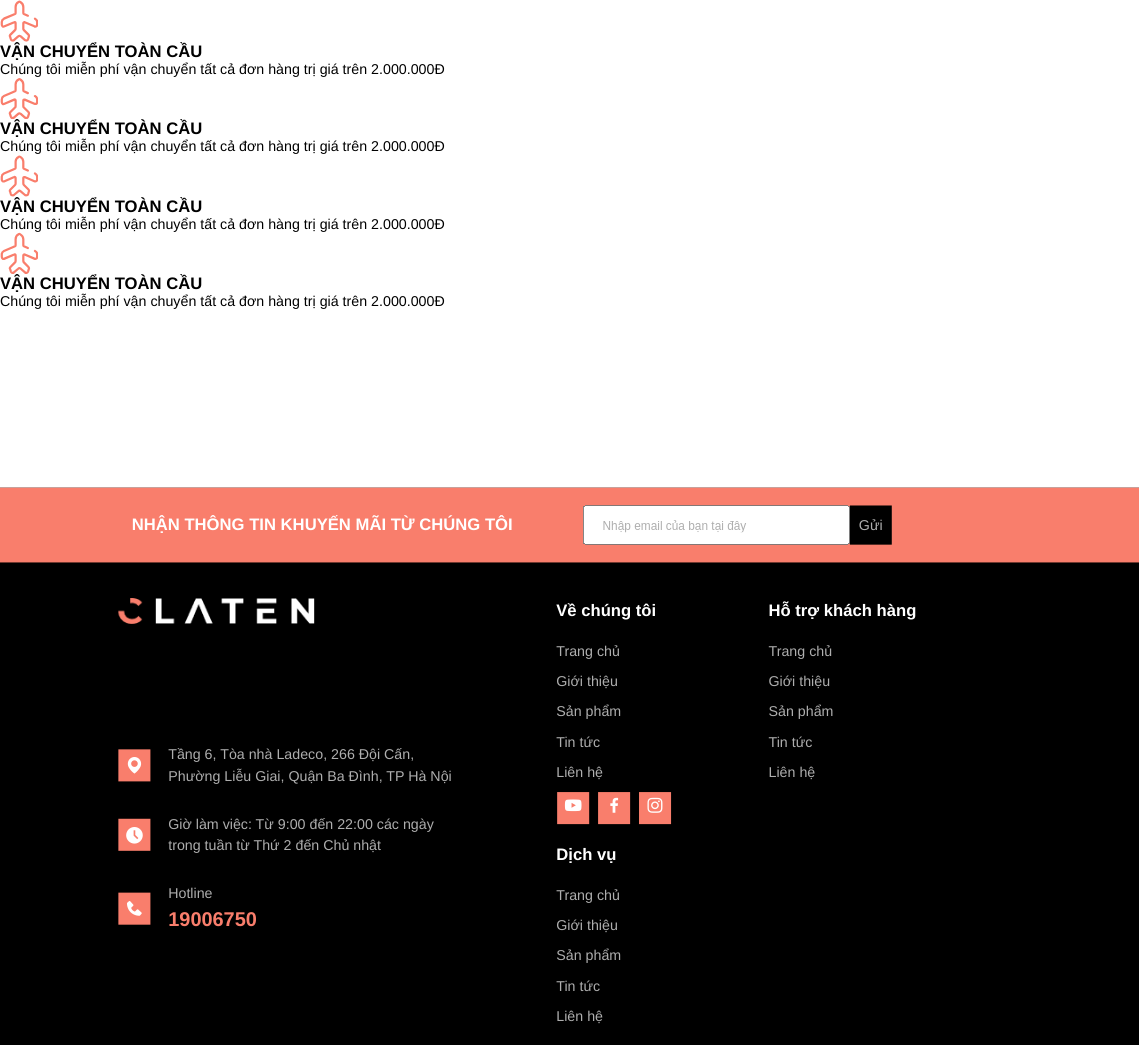
Repository: RennoPMXK/doan
Page: index.html
The author's editor kept a copy of each file at every save. The page is drawn from the files as they stood at one save, then again after the next save.
The browser window is 1280 px wide. The pictures show the part of the page from y = 573 to 1753 px (the page is 1747 px tall before and 1753 px after), at 89% of full size.

Above is the page before, as saved 2021-11-16 19:49:10.

After the next save:
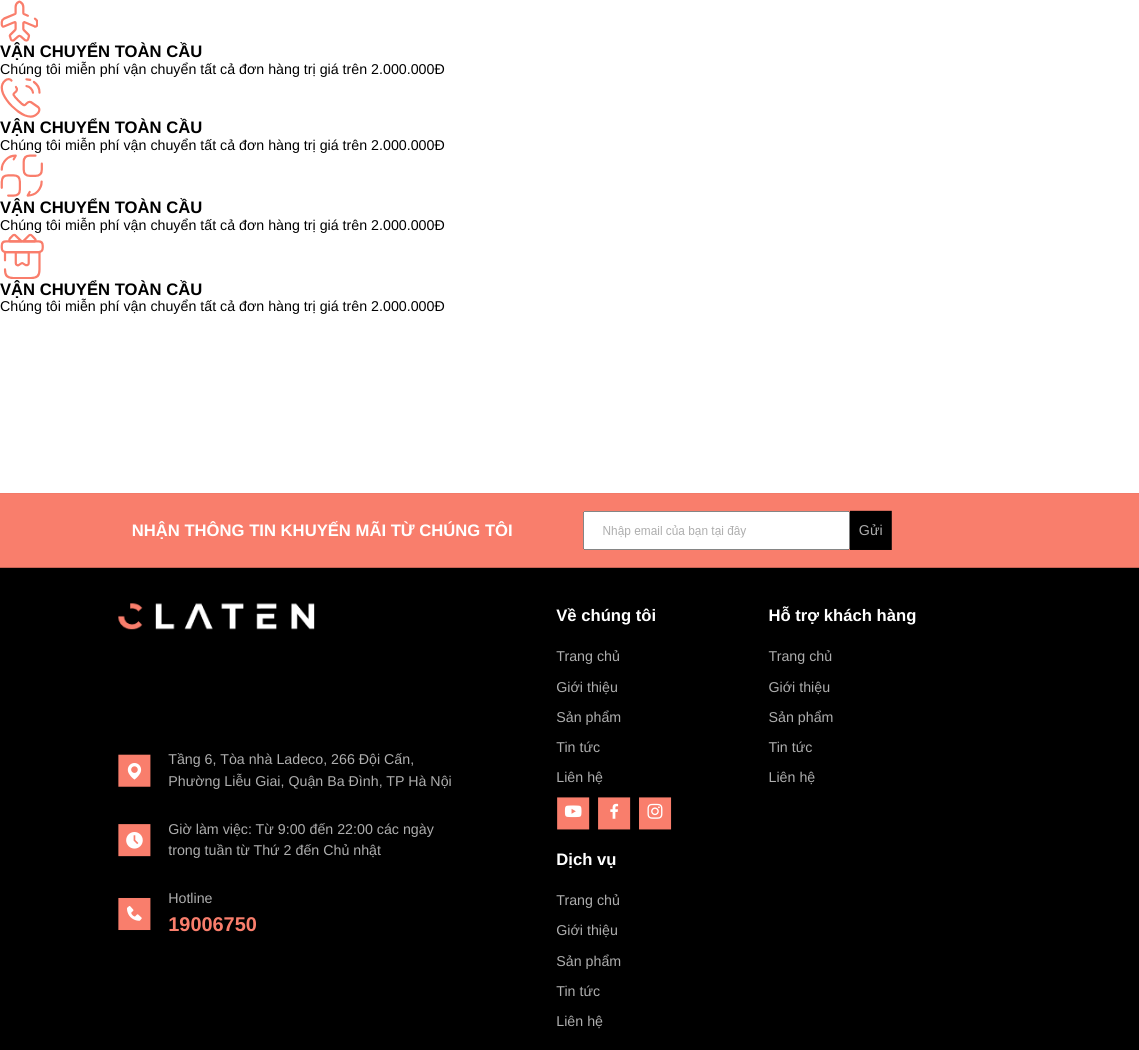
Saved 40 s later.
--- a/index.html
+++ b/index.html
@@ -121,19 +121,19 @@
          </div>
 
          <div class="hero-section-mini-item">
-            <img src="./img/icon_service_1.svg" alt="">
+            <img src="./img/icon_service_2.svg" alt="">
              <h3>VẬN CHUYỂN TOÀN CẦU</h3>
              <p>Chúng tôi miễn phí vận chuyển tất cả đơn hàng trị giá trên 2.000.000Đ</p>
         </div>
 
         <div class="hero-section-mini-item">
-            <img src="./img/icon_service_1.svg" alt="">
+            <img src="./img/icon_service_3.svg" alt="">
              <h3>VẬN CHUYỂN TOÀN CẦU</h3>
              <p>Chúng tôi miễn phí vận chuyển tất cả đơn hàng trị giá trên 2.000.000Đ</p>
         </div>
 
         <div class="hero-section-mini-item">
-            <img src="./img/icon_service_1.svg" alt="">
+            <img src="./img/icon_service_4.svg" alt="">
              <h3>VẬN CHUYỂN TOÀN CẦU</h3>
              <p>Chúng tôi miễn phí vận chuyển tất cả đơn hàng trị giá trên 2.000.000Đ</p>
         </div>
